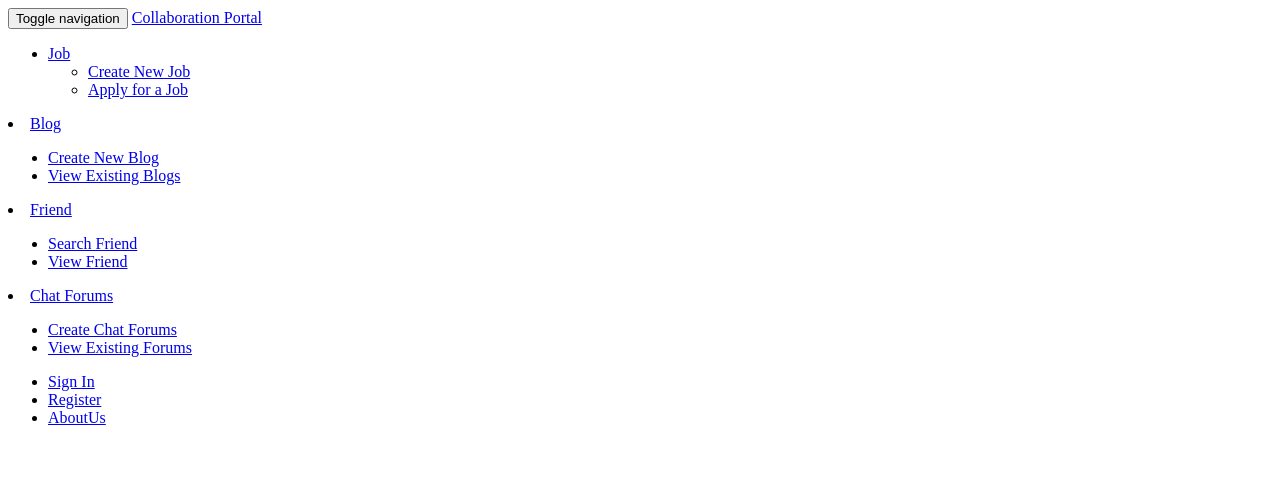
Repository: KaustubhKamat/CollaborationPlatform
Page: CollaborationFrontEnd/WebContent/NavBar.html
An editor plug-in stored every save of this project. The page is shown before and after the next save, followed by the edit.
The browser window is 1280 px wide. The pictures show the whole page.

Above is the page before, as saved 2017-03-02 05:30:08.

After the next save:
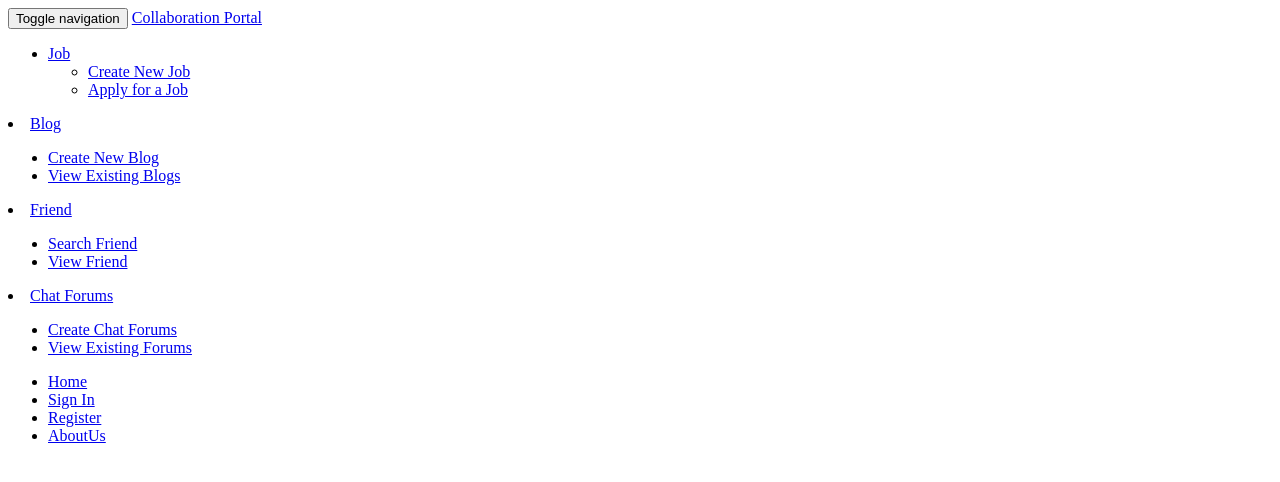
Saved 73 s later.
--- a/CollaborationFrontEnd/WebContent/NavBar.html
+++ b/CollaborationFrontEnd/WebContent/NavBar.html
@@ -52,6 +52,7 @@
 
 
 			<ul class="nav navbar-nav navbar-right">
+				<li><a href="#">Home</a></li>
 				<li><a href="#">Sign In</a></li>
 				<li><a href="#">Register</a></li>
 				<li><a href="#">AboutUs</a></li>
